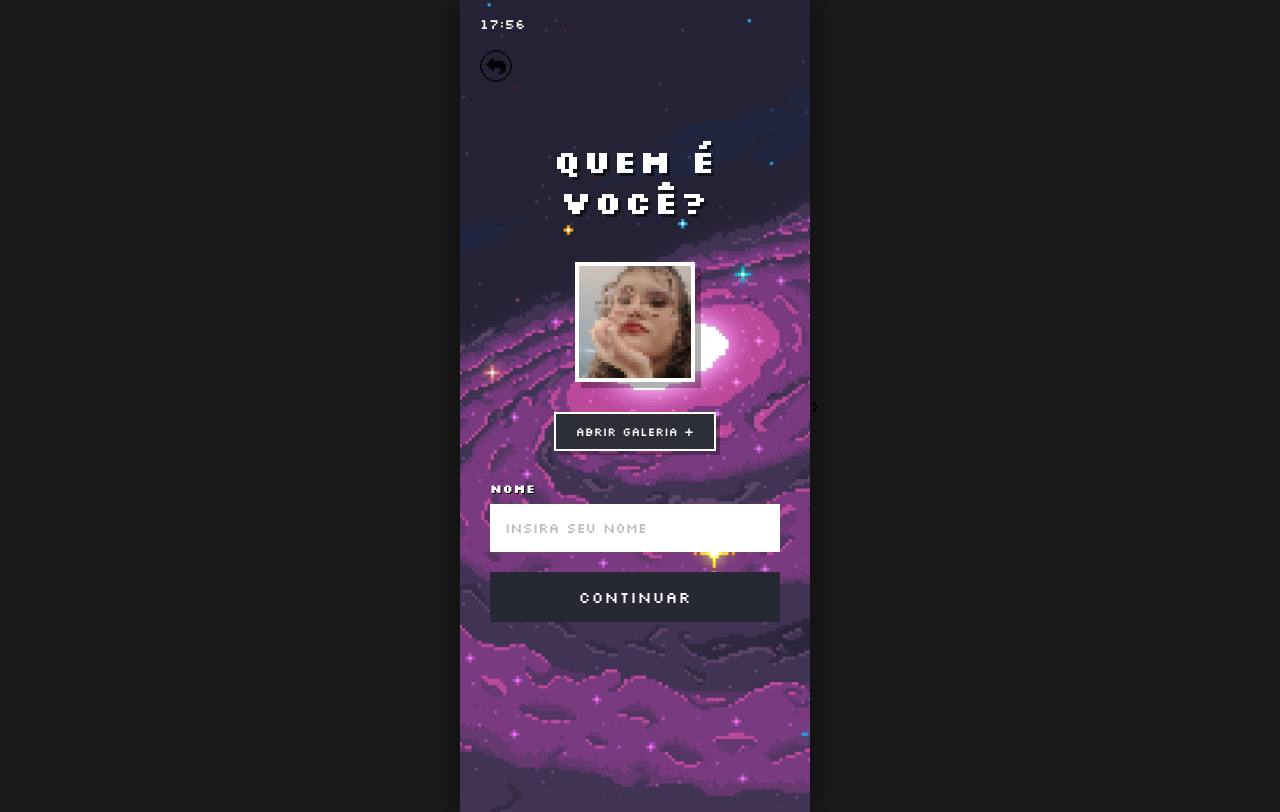
Repository: Davsool/Passport
Page: perfil.html
These files come from the project's save history. The page is drawn as it stood at one moment and after the next save; the edit follows.
The browser window is 1280 px wide. The pictures show the whole page.

Above is the page before, as saved 2025-12-30 02:19:45.

### perfil.html
<!DOCTYPE html>
<html lang="pt-br">
<head>
    <meta charset="UTF-8">
    <meta name="viewport" content="width=device-width, initial-scale=1.0">
    <title>Nosso Mundinho - Perfil</title>

    <link rel="preconnect" href="https://fonts.googleapis.com">
    <link rel="preconnect" href="https://fonts.gstatic.com" crossorigin>
    <link href="https://fonts.googleapis.com/css2?family=Silkscreen:wght@400;700&display=swap" rel="stylesheet">

    <link rel="stylesheet" href="style.css">
</head>
<body>

    <div class="phone-screen screen-galaxy">

        <header class="status-bar">
            <span id="relogio">--:--</span>
        </header>

        <a href="cadastro.html" class="back-btn" aria-label="Voltar">
            <img src="src/voltar.png" alt="Voltar">
        </a>

        <main class="content content-center">

            <h1 class="page-title">QUEM É VOCÊ?</h1>

            <!-- ÁREA DE PREVIEW -->
            <div class="avatar-selector-wrapper">

                <!-- O Preview Grande (Mostra a foto escolhida) -->
                <div class="avatar-big-preview">
                    <!-- Começa com a op1 (JPG) -->
                    <img id="fotoPreview" src="src/op1.jpg" alt="Avatar Escolhido">
                </div>

                <!-- Botão para abrir o Modal de Escolha -->
                <button type="button" class="btn-gallery" onclick="abrirModalAvatar()">
                    ABRIR GALERIA +
                </button>

            </div>

            <form class="profile-form">
                <div class="input-group">
                    <label for="nome" style="color: #fff;">NOME</label>
                    <input type="text" id="nome" placeholder="Insira seu nome">
                </div>

                <button type="submit" class="btn-submit">CONTINUAR</button>
            </form>

        </main>

        <!-- ========================================= -->
        <!-- MODAL DE GALERIA DE AVATARES              -->
        <!-- ========================================= -->
        <div id="modalAvatar" class="modal-overlay" style="display: none;">
            <div class="modal-box avatar-modal-box">
                <!-- Botão Fechar -->
                <img src="src/close.png" class="close-btn-img" onclick="fecharModalAvatar()" alt="Fechar">

                <h3 class="modal-title">ESCOLHA UM ÍCONE</h3>
                <p class="modal-desc">CLIQUE PARA SELECIONAR</p>

                <!-- A GRELHA DE OPÇÕES (É AQUI QUE ADICIONAS NOVAS FOTOS) -->
                <div class="avatar-grid-scroll">

                    <!-- OPÇÃO 1: Icone Coração -> Seleciona op1.jpg -->
                    <div class="avatar-grid-item" onclick="escolherAvatarNaGaleria('src/op1.jpg')">
                        <img src="src/opa.png" alt="Opção 1">
                    </div>

                    <!-- OPÇÃO 2: Icone Coração -> Seleciona op2.jpg -->
                    <div class="avatar-grid-item" onclick="escolherAvatarNaGaleria('src/op2.jpg')">
                        <img src="src/opb.png" alt="Opção 2">
                    </div>

                    <!-- OPÇÃO 3: Icone Coração -> Seleciona op3.jpg -->
                    <div class="avatar-grid-item" onclick="escolherAvatarNaGaleria('src/op3.jpg')">
                        <img src="src/opc.png" alt="Opção 3">
                    </div>

                    <!-- OPÇÃO 4: Icone Coração -> Seleciona op4.jpg -->
                    <div class="avatar-grid-item" onclick="escolherAvatarNaGaleria('src/op4.png')">
                        <img src="src/opd.png" alt="Opção 4">
                    </div>

                    <!-- OPÇÃO 5: Icone Coração -> Seleciona op5.jpg -->
                    <div class="avatar-grid-item" onclick="escolherAvatarNaGaleria('src/op5.jpg')">
                        <img src="src/ope.png" alt="Opção 5">
                    </div>

                     <!-- OPÇÃO 6: Icone Coração -> Seleciona op3.jpg -->
                    <div class="avatar-grid-item" onclick="escolherAvatarNaGaleria('src/op6.jpg')">
                        <img src="src/opf.png" alt="Opção 6">
                    </div>

                </div>
            </div>
        </div>

    </div>

    <script src="script.js"></script>
</body>
</html>
}

### style.css
/* ================================================== */
/* 1. RESET E ESTRUTURA BÁSICA                        */
/* ================================================== */
* {
    margin: 0;
    padding: 0;
    box-sizing: border-box;
    font-family: 'Silkscreen', cursive;
}

body {
    background-color: #1a1a1a;
    display: flex;
    justify-content: center;
    align-items: center;
    min-height: 100vh;
}

/* A moldura do telemóvel */
.phone-screen {
    width: 350px; /* Ajuste para 315px se preferir mais estreito */
    height: 812px;
    /* Imagem de fundo da moldura */
    background-image: url('src/city.gif');
    background-size: cover;
    background-position: center;
    position: relative;
    overflow: hidden;
    box-shadow: 0 0 30px rgba(0,0,0,0.5);
    display: flex;
    flex-direction: column;
}

/* Barra de Status (Relógio) */
.status-bar {
    padding: 15px 20px;
    display: flex;
    justify-content: space-between;
    align-items: center;
    color: #fff;
    font-size: 14px;
    position: absolute;
    top: 0; left: 0; width: 100%;
    z-index: 10;
}

/* Contentor Padrão (Login/Registo) */
.content {
    flex: 1;
    display: flex;
    flex-direction: column;
    justify-content: center;
    padding: 0 30px;
    margin-top: 40px;
}

/* ================================================== */
/* 2. COMPONENTES VISUAIS (Logótipos, Inputs, Botões) */
/* ================================================== */

.logo {
    font-size: 40px;
    color: #fff;
    text-align: center;
    line-height: 1.2;
    text-shadow: 4px 4px 0 rgba(0,0,0,0.2);
    margin-bottom: 40px;
}

.section-title {
    color: #813f3f;
    font-size: 18px;
    margin-bottom: 15px;
    letter-spacing: 1px;
    display: flex;
    align-items: center;
    gap: 8px;
}

.square-dot {
    display: inline-block;
    width: 8px;
    height: 8px;
    background-color: #fff;
    box-shadow: 2px 2px 0 rgba(0,0,0,0.2);
}

.input-group { margin-bottom: 20px; }

label {
    display: block;
    font-size: 12px;
    color: #000;
    margin-bottom: 8px;
    font-weight: bold;
    letter-spacing: 0.5px;
}

input {
    width: 100%;
    padding: 15px;
    border: none;
    font-size: 14px;
    background: #fff;
    color: #555;
    outline: none;
}

input::placeholder { color: #bbb; }

.password-container {
    position: relative;
    display: flex;
    align-items: center;
}

#btnToggleSenha {
    position: absolute;
    right: 10px;
    background: none;
    border: none;
    cursor: pointer;
    display: flex;
    align-items: center;
    opacity: 0.7;
}

.forgot-link {
    display: block;
    text-align: right;
    color: #2b2b40;
    font-size: 10px;
    text-decoration: underline;
    margin-bottom: 30px;
    font-weight: bold;
}

.btn-submit {
    width: 100%;
    padding: 15px;
    background-color: #262833;
    color: #fff;
    border: none;
    font-size: 16px;
    cursor: pointer;
    letter-spacing: 1px;
    margin-bottom: 30px;
    transition: background 0.2s;
}

.btn-submit:hover { background-color: #404250; }

.signup-area {
    text-align: center;
    font-size: 10px;
    color: #2b2b40;
    font-weight: bold;
    line-height: 1.6;
}

.signup-area a { color: #2b2b40; text-decoration: underline; }

/* Decoração Pixelizada */
.pixel-deco {
    position: absolute;
    background: #fff;
    width: 6px;
    height: 6px;
    box-shadow: 0 0 5px rgba(255,255,255,0.5);
}
.p1 { top: 15%; left: 20%; }
.p2 { top: 12%; right: 25%; width: 8px; height: 8px; }
.p3 { top: 38%; left: 45%; }


/* ================================================== */
/* 3. ECRÃ DE PERFIL                                  */
/* ================================================== */

.screen-galaxy {
    background-image: url('src/galaxy.png') !important;
}

.back-btn {
    position: absolute;
    top: 50px;
    left: 20px;
    z-index: 20;
    cursor: pointer;
    opacity: 0.9;
    transition: transform 0.2s;
}
.back-btn:hover { transform: scale(1.1); }

.content-center {
    justify-content: flex-start;
    padding-top: 100px;
}

.page-title {
    color: #fff;
    font-size: 32px;
    text-align: center;
    margin-bottom: 40px;
    text-shadow: 3px 3px 0 rgba(0,0,0,0.5);
    letter-spacing: 2px;
}

/* Seletor de Avatar */
.avatar-selector-wrapper {
    display: flex;
    flex-direction: column;
    align-items: center;
    margin-bottom: 30px;
}

.avatar-big-preview {
    width: 120px;
    height: 120px;
    background-color: #2c2e3a;
    border: 4px solid #fff;
    box-shadow: 6px 6px 0 rgba(0,0,0,0.3);
    margin-bottom: 20px;
    overflow: hidden;
    padding: 0; /* Garante que não tenha espaço interno */
    display: flex; /* Ajuda a remover espaços fantasma de img */
}

.avatar-big-preview img {
    width: 100%;
    height: 100%;
    object-fit: cover; /* Preenche todo o quadrado cortando excessos */
    display: block;
}

.avatar-options { display: flex; gap: 15px; }

.avatar-option {
    width: 50px; height: 50px;
    cursor: pointer;
    border: 2px solid transparent;
    opacity: 0.6;
    transition: all 0.2s;
    background-color: #2c2e3a;

    /* Ajuste para o ícone de coração caber bem dentro */
    padding: 0;
    object-fit: cover;

    /* --- CORREÇÃO: TORNAR O ÍCONE BRANCO --- */
    filter: brightness(0) invert(1);
}

.avatar-option:hover { opacity: 1; transform: scale(1.1); }

.avatar-option.selected {
    opacity: 1;
    border: 2px solid #4CAF50; /* Borda verde quando selecionado */
    box-shadow: 0 0 10px rgba(76, 175, 80, 0.5);
    transform: scale(1.1);
    background-color: #2c2e3a;
}

.profile-form label {
    color: #fff !important;
    text-shadow: 1px 1px 0 #000;
}


/* ================================================== */
/* 4. ECRÃ HOME (Terra)                               */
/* ================================================== */

.screen-earth {
    background-image: url('src/earthgo.gif');
    background-size: cover;
    /* ALTERAÇÃO AQUI: Move para esquerda (40%) e para cima (40%) */
    background-position: 40% 40%;
}

.content-home {
    padding-top: 40px;
    padding-bottom: 40px;
    padding-left: 20px;
    padding-right: 20px;
    display: flex;
    flex-direction: column;
    justify-content: space-between;
    align-items: flex-start;
    height: 100%;
}

.home-header {
    display: flex;
    align-items: center;
    gap: 15px;
    width: 100%;
    margin-bottom: 20px;
    position: relative;
    z-index: 500; /* Garante que o menu dentro fique acima de tudo */
}

.avatar-display {
    width: 50px;
    height: 50px;
    background-color: #bcaaa4;
    border: 2px solid #8d7b75;
    display: flex;
    justify-content: center;
    align-items: center;
    overflow: visible;
    box-shadow: 2px 2px 0 rgba(0,0,0,0.5);
    position: relative;
    cursor: pointer;
    z-index: 500;
    padding: 0; /* Remove padding para a foto colar na borda */
}

.avatar-display:active { transform: scale(0.95); }

.avatar-display img {
    width: 100%;
    height: 100%;
    object-fit: cover; /* Preenche todo o quadrado */
    display: block;
}

.default-face { font-size: 24px; color: #5d4037; }

.greeting-text {
    font-size: 16px;
    color: #fff;
    text-shadow: 2px 2px 0 #000;
    letter-spacing: 1px;
    white-space: nowrap;
}

.travel-title {
    font-size: 48px;
    color: #fff;
    text-align: center;
    line-height: 1.3;
    text-shadow: 4px 4px 0 rgba(0,0,0,0.6);
    margin-top: 20px;
    margin-bottom: auto;
    width: 100%;
}

.home-footer { width: 100%; text-align: center; }
.btn-home { margin-bottom: 15px; box-shadow: 0 0 15px rgba(0,0,0,0.5); }
.help-link { font-size: 10px; color: #ccc; text-decoration: underline; display: block; letter-spacing: 1px; }


/* ================================================== */
/* 5. MODAL DE SENHA (Caixa Flutuante)                */
/* ================================================== */

.modal-overlay {
    position: absolute;
    top: 0; left: 0; width: 100%; height: 100%;
    background-color: rgba(0, 0, 0, 0.85);
    z-index: 100;
    display: flex;
    justify-content: center;
    align-items: center;
    backdrop-filter: blur(2px);
    padding: 20px;
    -webkit-animation: 0.7s cubic-bezier(0.250, 0.460, 0.450, 0.940) both;
    animation: 0.7s cubic-bezier(0.250, 0.460, 0.450, 0.940) both;

}

.modal-box {
    width: 100%;
    max-width: 280px;
    background-color: #2c2e3a;
    border: 2px solid #fff;
    box-shadow: 6px 6px 0 rgba(0, 0, 0, 0.5);
    padding: 25px 15px;
    position: relative;
    text-align: center;
    animation: pixelPop 0.3s cubic-bezier(0.175, 0.885, 0.32, 1.275);

}

@keyframes pixelPop {
    from { transform: scale(0.8); opacity: 0; }
    to { transform: scale(1); opacity: 1; }
}

.modal-title {
    color: #fff; font-size: 16px; margin-bottom: 8px; letter-spacing: 1px;
    text-shadow: 2px 2px 0 #000;
}

.modal-desc { color: #ccc; font-size: 9px; margin-bottom: 15px; text-transform: uppercase; }

#inputCodigo {
    width: 100%;
    background-color: #fff; color: #000;
    border: 2px solid #000;
    font-size: 22px; font-weight: bold;
    text-align: center; letter-spacing: 6px;
    padding: 10px 0; margin-bottom: 20px;
    box-shadow: inset 2px 2px 0 rgba(0,0,0,0.2);
    outline: none;
}

.btn-modal {
    width: 100%;
    background-color: #4CAF50; color: #fff;
    border: none; padding: 12px;
    font-size: 14px; text-transform: uppercase;
    cursor: pointer;
    box-shadow: 0 4px 0 #2e7d32;
    transition: all 0.1s;
    margin-bottom: 0;
}

.btn-modal:active { transform: translateY(4px); box-shadow: 0 0 0 #2e7d32; }

.close-btn-img {
    position: absolute; top: 10px; right: 10px;
    width: 20px; height: 20px;
    cursor: pointer; transition: transform 0.2s;
    filter: brightness(0) invert(1);
}
.close-btn-img:hover { transform: scale(1.2); }


/* ================================================== */
/* 6. ECRÃS DE PAÍSES (Brasil, Japão...)              */
/* ================================================== */

.screen-brasil {
    background-image: url('src/favela.gif');
    background-size: cover;
    background-position: center;
    box-shadow: inset 0 0 0 2000px rgba(0, 0, 0, 0.3);
}

.city-header {
    padding-top: 70px;
    padding-left: 20px;
    padding-right: 20px;
    margin-bottom: 10px;
}

.content-city {
    padding: 0 20px;
    flex: 1;
    display: flex;
    flex-direction: column;
    align-items: center;
    justify-content: flex-start; /* Botões no fundo */
    padding-bottom: 0;
}

.city-title {
    font-size: 32px;
    color: #fff;
    text-shadow: 4px 4px 0 #000;
    margin-bottom: 20px;
    text-align: center;
    letter-spacing: 2px;
    z-index: 10;
}

.city-cover-box {
    width: 200px;
    height: 200px;
    margin-top: auto; /* Centraliza verticalmente no espaço vazio */
    margin-bottom: auto;
    border: 3px solid #fff;
    box-shadow: 6px 6px 0 rgba(0,0,0,0.5);
    background-color: rgba(0,0,0,0.2);
    display: flex;
    justify-content: center;
    align-items: center;
    overflow: hidden;
}

.city-cover-box img {
    max-width: 100%; max-height: 100%; object-fit: contain;
}

/* Botão de Música */
.music-btn {
    background-color: transparent !important;
    border: none !important;
    outline: none;
    margin-left: auto; /* Empurra para a direita */
    cursor: pointer;
    padding: 5px;
    display: flex;
    align-items: center;
    justify-content: center;
    transition: transform 0.2s;
}

.music-btn img {
    width: 24px; height: 24px;
    filter: brightness(0) invert(1);
    display: block;
}
.music-btn:hover { transform: scale(1.1); }
.music-playing { opacity: 1; }
.music-muted { opacity: 0.6; }


/* ================================================== */
/* 7. GRELHA DO MENU (Estilo Atualizado)              */
/* ================================================== */

.menu-grid {
    display: grid;
    grid-template-columns: 1fr 1fr;
    gap: 15px;
    width: 100%;
    margin-top: 0;
    margin-bottom: 20px;
}

.menu-item {
    background-color: #2c2e3a;
    border: none;
    aspect-ratio: 1 / 1;
    position: relative;
    cursor: pointer;
    box-shadow: 4px 4px 0 rgba(0,0,0,0.3);
    transition: transform 0.2s;
    display: block;
    padding: 0;
}

.menu-item:hover { background-color: #353846; }
.menu-item:active { transform: translateY(2px); box-shadow: 2px 2px 0 rgba(0,0,0,0.3); }

.menu-icon {
    position: absolute;
    top: 15px; left: 15px;
    width: 28px; height: 28px;
    filter: brightness(0) invert(1);
}

.menu-label {
    position: absolute;
    bottom: 15px; left: 15px;
    color: #fff;
    font-size: 13px; font-weight: bold;
    text-transform: uppercase;
    letter-spacing: 1px;
    text-align: left;
}


/* ================================================== */
/* 8. MODAIS DE DETALHES (Info, Pontos...)            */
/* ================================================== */

.detail-screen {
    position: absolute;
    top: 0; left: 0; width: 100%; height: 100%;
    background-color: rgba(0, 0, 0, 0.85);
    z-index: 200;
    display: flex; justify-content: center; align-items: center;
    padding: 20px;
    opacity: 0; visibility: hidden;
    transition: all 0.2s ease-in-out;
    backdrop-filter: blur(2px);
}

.detail-screen.active { opacity: 1; visibility: visible; }

.detail-box {
    width: 100%; max-height: 80%;
    background-color: #2c2e3a;
    border: 2px solid #fff;
    box-shadow: 6px 6px 0 rgba(0,0,0,0.5);
    display: flex; flex-direction: column;
    position: relative;
    transform: scale(0.9); transition: transform 0.2s;
}

.detail-screen.active .detail-box { transform: scale(1); }

.detail-header {
    display: flex; align-items: center; justify-content: center;
    padding: 15px;
    border-bottom: 2px solid #fff;
    background-color: #23252f;
}

.detail-title {
    color: #fff; font-size: 18px; letter-spacing: 1px; margin: 0;
    text-shadow: 2px 2px 0 #000;
}

.close-detail-btn {
    position: absolute; top: 12px; right: 12px;
    background: none; border: none; cursor: pointer; padding: 0;
}

.close-detail-btn img {
    width: 20px; height: 20px;
    filter: brightness(0) invert(1); transition: transform 0.2s;
}
.close-detail-btn:hover img { transform: scale(1.2); }

.detail-content {
    padding: 20px;
    color: #ddd; font-size: 12px; line-height: 1.6;
    text-align: justify;
    overflow-y: auto;
}

.detail-content::-webkit-scrollbar { width: 6px; }
.detail-content::-webkit-scrollbar-thumb { background-color: #fff; border: 2px solid #2c2e3a; }


/* ================================================== */
/* 9. MENU DO UTILIZADOR (Dropdown)                   */
/* ================================================== */

.user-menu {
    display: none;
    position: absolute;
    top: 60px; left: 0;
    background-color: #2c2e3a;
    border: 2px solid #fff;
    box-shadow: 4px 4px 0 rgba(0,0,0,0.5);
    flex-direction: column;
    width: 160px;
    z-index: 600;
}

.user-menu.active {
    display: flex;
    animation: menuPop 0.2s ease-out;
}

@keyframes menuPop {
    from { opacity: 0; transform: translateY(-10px); }
    to { opacity: 1; transform: translateY(0); }
}

.menu-btn-option {
    background: none; border: none;
    color: #fff;
    font-family: 'Silkscreen', cursive;
    font-size: 10px; text-align: left;
    padding: 12px 10px;
    cursor: pointer;
    border-bottom: 1px solid rgba(255,255,255,0.1);
    width: 100%;
}

.menu-btn-option:last-child { border-bottom: none; }
.menu-btn-option:hover { background-color: #404250; color: #ffff00; }


/* ================================================== */
/* 10. MODAL DE GALERIA DE AVATAR                     */
/* ================================================== */

/* Botão Abrir Galeria (Abaixo da foto grande) */
.btn-gallery {
    background-color: #2c2e3a;
    color: #fff;
    border: 2px solid #fff;
    padding: 10px 20px;
    font-family: 'Silkscreen', cursive;
    font-size: 12px;
    cursor: pointer;
    text-transform: uppercase;
    box-shadow: 4px 4px 0 rgba(0,0,0,0.3);
    transition: transform 0.1s;
    margin-top: 10px;
}

.btn-gallery:active {
    transform: translateY(2px);
    box-shadow: 2px 2px 0 rgba(0,0,0,0.3);
}

.btn-gallery:hover {
    background-color: #404250;
}

/* Ajuste específico para a caixa do modal de avatar */
.avatar-modal-box {
    width: 90%;
    max-width: 300px;
    padding-bottom: 30px;
    /* --- AQUI ESTÁ A NOVA ANIMAÇÃO APLICADA --- */
    -webkit-animation: slide-in-elliptic-top-fwd 0.7s cubic-bezier(0.250, 0.460, 0.450, 0.940) both;
            animation: slide-in-elliptic-top-fwd 0.7s cubic-bezier(0.250, 0.460, 0.450, 0.940) both;
}

/* Grelha com rolagem (Scroll) */
.avatar-grid-scroll {
    display: grid;
    grid-template-columns: repeat(3, 1fr); /* 3 Colunas */
    gap: 15px;
    margin-top: 20px;

    /* Permite rolagem se tiver muitos itens */
    max-height: 300px;
    overflow-y: auto;
    padding: 10px; /* Espaço interno */
}

/* Scrollbar personalizada */
.avatar-grid-scroll::-webkit-scrollbar { width: 6px; }
.avatar-grid-scroll::-webkit-scrollbar-thumb { background-color: #fff; border: 2px solid #2c2e3a; }

/* Item da Grelha (O quadradinho do ícone) */
.avatar-grid-item {
    width: 60px;
    height: 60px;
    background-color: #23252f;
    border: 2px solid rgba(255,255,255,0.2);
    display: flex;
    justify-content: center;
    align-items: center;
    cursor: pointer;
    transition: all 0.2s;
}

.avatar-grid-item:hover {
    border-color: #fff;
    transform: scale(1.1);
    background-color: #4CAF50; /* Fica verde ao passar o rato */
}

/* O ícone (Coração) dentro do item */
.avatar-grid-item img {
    width: 32px;
    height: 32px;
    object-fit: contain;
    filter: brightness(0) invert(1); /* Ícone branco */
}

/* ================================================== */
/* 11. ANIMAÇÕES EXTRAS (Slide In)                    */
/* ================================================== */

@-webkit-keyframes slide-in-elliptic-top-fwd {
  0% {
    -webkit-transform: translateY(-600px) rotateX(-30deg) scale(0);
            transform: translateY(-600px) rotateX(-30deg) scale(0);
    -webkit-transform-origin: 50% 100%;
            transform-origin: 50% 100%;
    opacity: 0;
  }
  100% {
    -webkit-transform: translateY(0) rotateX(0) scale(1);
            transform: translateY(0) rotateX(0) scale(1);
    -webkit-transform-origin: 50% 1400px;
            transform-origin: 50% 1400px;
    opacity: 1;
  }
}
@keyframes slide-in-elliptic-top-fwd {
  0% {
    -webkit-transform: translateY(-600px) rotateX(-30deg) scale(0);
            transform: translateY(-600px) rotateX(-30deg) scale(0);
    -webkit-transform-origin: 50% 100%;
            transform-origin: 50% 100%;
    opacity: 0;
  }
  100% {
    -webkit-transform: translateY(0) rotateX(0) scale(1);
            transform: translateY(0) rotateX(0) scale(1);
    -webkit-transform-origin: 50% 1400px;
            transform-origin: 50% 1400px;
    opacity: 1;
  }
}

Loaded but not shown: script.js (347 lines, source omitted)

After the next save:
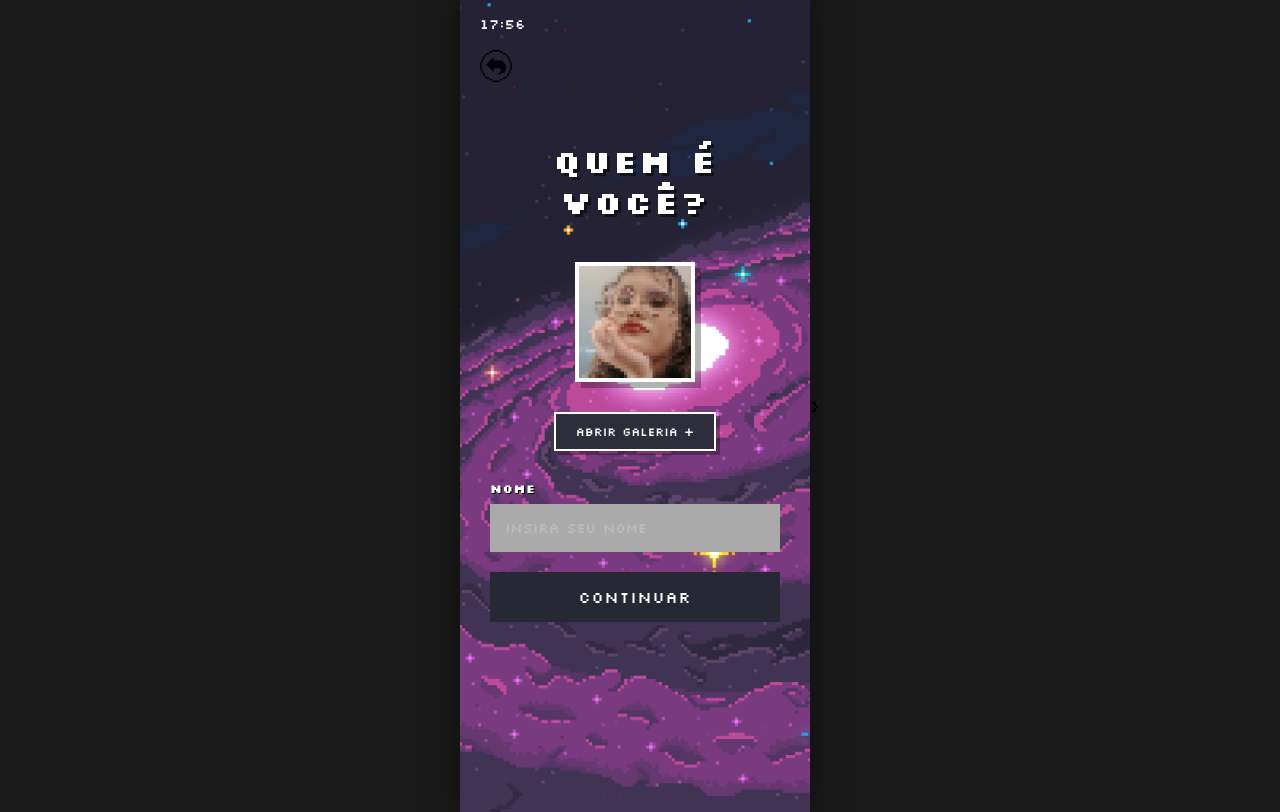
Saved 7 s later.
--- a/style.css
+++ b/style.css
@@ -101,7 +101,7 @@ input {
     padding: 15px;
     border: none;
     font-size: 14px;
-    background: #fff;
+    background: #aaa;
     color: #555;
     outline: none;
 }
